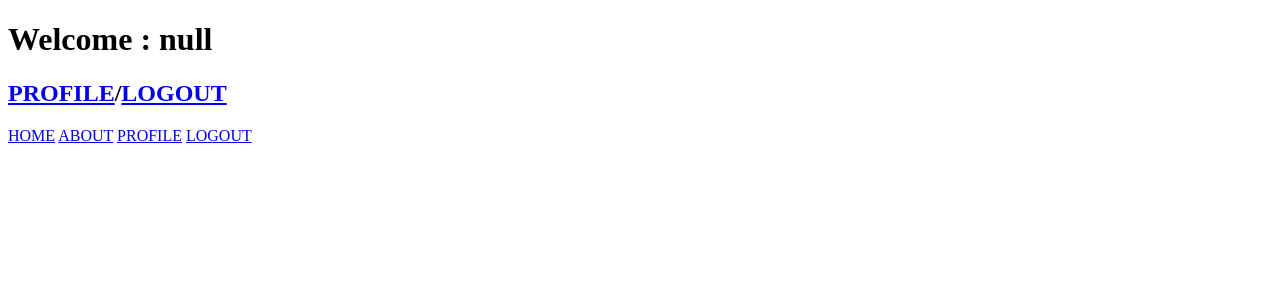
Repository: sarcasticbhuvie/ServletJSP
Page: http://localhost/03-HttpSessoin/logout.jsp
The author's editor kept a copy of each file at every save. The page is drawn from the files as they stood at one save, then again after the next save.
The browser window is 1280 px wide. The pictures show the whole page.
The page is served by Tomcat 10. Other server files are loaded and not shown.

Above is the page before, as saved 2024-01-02 14:18:35.

### 03-HttpSessoin/src/main/webapp/logout.jsp
<%@ page language="java" contentType="text/html; charset=UTF-8"
    pageEncoding="UTF-8"%>
<!DOCTYPE html>
<html>
<head>
<meta charset="UTF-8">
<title>Insert title here</title>
</head>
<body>
<%
	String name = (String) session.getAttribute("name");
%>
	<h1>Welcome : <%= name %></h1>
	<h2><a href="profile.jsp">PROFILE</a>/<a href="logout.jsp">LOGOUT</a></h2>
	<span><a href="home.jsp">HOME</a></span>
	<span><a href="about.jsp">ABOUT</a></span>
	<span><a href="profile.jsp">PROFILE</a></span>
	<span><a href="logout.jsp">LOGOUT</a></span>
</body>
</html>

After the next save:
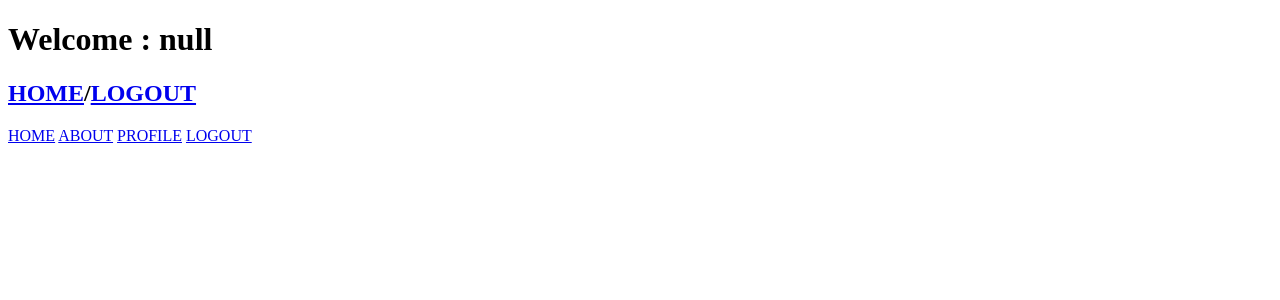
Saved 33 s later.
--- a/03-HttpSessoin/src/main/webapp/logout.jsp
+++ b/03-HttpSessoin/src/main/webapp/logout.jsp
@@ -11,8 +11,8 @@
 	String name = (String) session.getAttribute("name");
 %>
 	<h1>Welcome : <%= name %></h1>
-	<h2><a href="profile.jsp">PROFILE</a>/<a href="logout.jsp">LOGOUT</a></h2>
-	<span><a href="home.jsp">HOME</a></span>
+	<h2><a href="index.jsp">HOME</a>/<a href="logout.jsp">LOGOUT</a></h2>
+	<span><a href="index.jsp">HOME</a></span>
 	<span><a href="about.jsp">ABOUT</a></span>
 	<span><a href="profile.jsp">PROFILE</a></span>
 	<span><a href="logout.jsp">LOGOUT</a></span>
